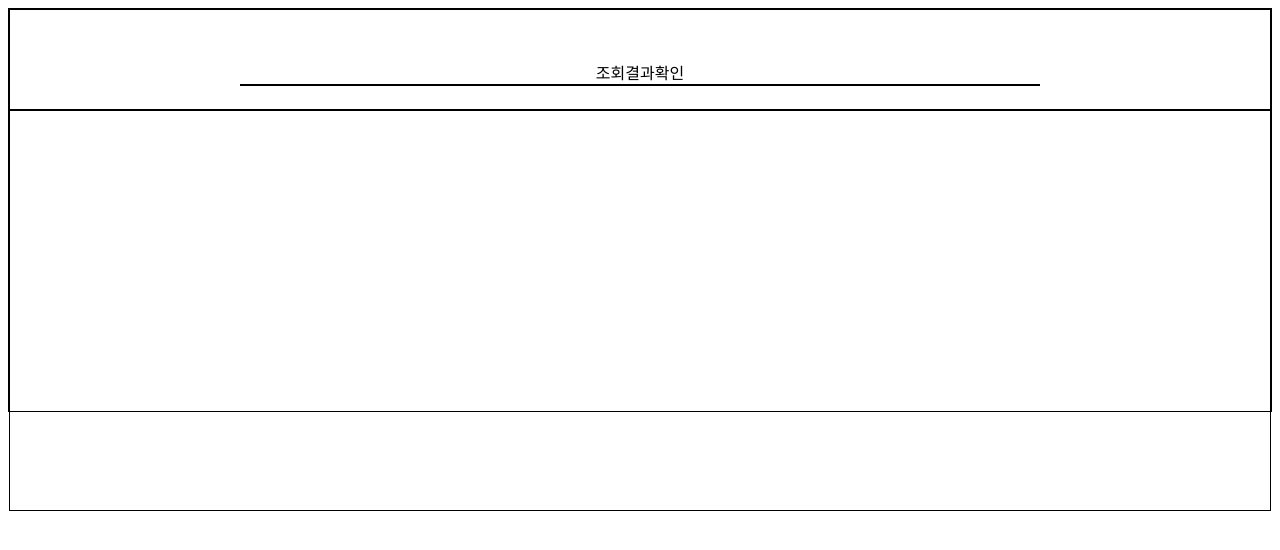
Repository: GotChun/DH_JSP
Page: http://localhost/01_JSP/C09/OracleDBCURD.jsp
An editor plug-in stored every save of this project. The page is shown before and after the next save, followed by the edit.
The browser window is 1280 px wide. The pictures show the whole page.
The page is served by Tomcat 9. Other server files are loaded and not shown. Queries for data that is not in the repository find no rows.

Above is the page before, as saved 2024-10-24 02:33:28.

### 01_JSP/src/main/webapp/C09/OracleDBCURD.jsp
<%@ page language="java" contentType="text/html; charset=UTF-8"
    pageEncoding="UTF-8"%>

   <%@ page import ="java.sql.*" %>
   <%@ page import ="java.util.*"%>
   <%@ page import ="C09.*"%>


<%!
	String url="jdbc:oracle:thin:@localhost:1521:xe";
	String id="system";
	String pw="1234";

	Connection conn=null;
	PreparedStatement pstmt = null;
	ResultSet rs = null;

	// CRUD 함수 미리 만들기
	void connection() throws Exception{   //throws 안할거면 에러 페이지 따로 빼야함
		//Driver적재
		Class.forName("oracle.jdbc.driver.OracleDriver");
	conn=DriverManager.getConnection(url,id,pw);
	System.out.println("connected.."+ conn);
		//connection 객체 생성 + 연결
	}
	void insert(String userid,String password,String username) throws Exception{  //throws 로 던져도 되긴하는데 try catch 를 하는게 더 안전한 방법.
		//db 삽입
		pstmt = conn.prepareStatement("insert into tbl_test values(?,?,?)");
		pstmt.setString(1, userid);
		pstmt.setString(2, password);
		pstmt.setString(3, username);

		int result = pstmt.executeUpdate();
		pstmt.close();


	}

	List<TestDto> select() throws Exception{
		pstmt=conn.prepareStatement("select * from tbl_test");
		rs = pstmt.executeQuery();
		List<TestDto> list = new ArrayList();
		TestDto dto=null;
		if(rs!=null){

			while(rs.next()){
				dto = new TestDto();
				dto.setUserid(rs.getString("userid"));
				dto.setPassword(rs.getString("password"));
				dto.setUsername(rs.getString("username"));
				list.add(dto);
			}
		}
		rs.close();
		pstmt.close();

		return list;
	}


%>

<%
//DB 연결
connection();
	//insert("user1","1234","길동좌");
	//insert("user2","1234","동동좌");
	//insert("user3","1234","서동좌");
	//insert("user4","1234","야동좌");

	//select
	List<TestDto> list = select();
	list.forEach(item->System.out.println(item));
%>

<!DOCTYPE html>
<html>
<head>
<meta charset="UTF-8">
<title>Insert title here</title>
<style>
header{height:100px;border:1px solid;}
main{min-height:500px;border:1px solid;}
footer{height:300px;border:1px solid;}

</style>
</head>
<body>

	<div class ="wrapper">
		<header>
		<main>

		<table style="width:800px;margin:50px auto;border:1px solid;">
			<caption>조회결과확인</caption>
		</table>

		</main>
		</header>



		<footer>

		</footer>
	</div>


</body>
</html>

### 01_JSP/src/main/java/C09/TestDto.java
package C09;

public class TestDto {

	private String userid;
	private String password;
	private String username;
	public String getUserid() {
		return userid;
	}
	public void setUserid(String userid) {
		this.userid = userid;
	}
	public String getPassword() {
		return password;
	}
	public void setPassword(String password) {
		this.password = password;
	}
	public String getUsername() {
		return username;
	}
	public void setUsername(String username) {
		this.username = username;
	}
	@Override
	public String toString() {
		return "TestDto [userid=" + userid + ", password=" + password + ", username=" + username + "]";
	}
	public TestDto(String userid, String password, String username) {
		super();
		this.userid = userid;
		this.password = password;
		this.username = username;
	}
	public TestDto() {
		super();
	}


}

After the next save:
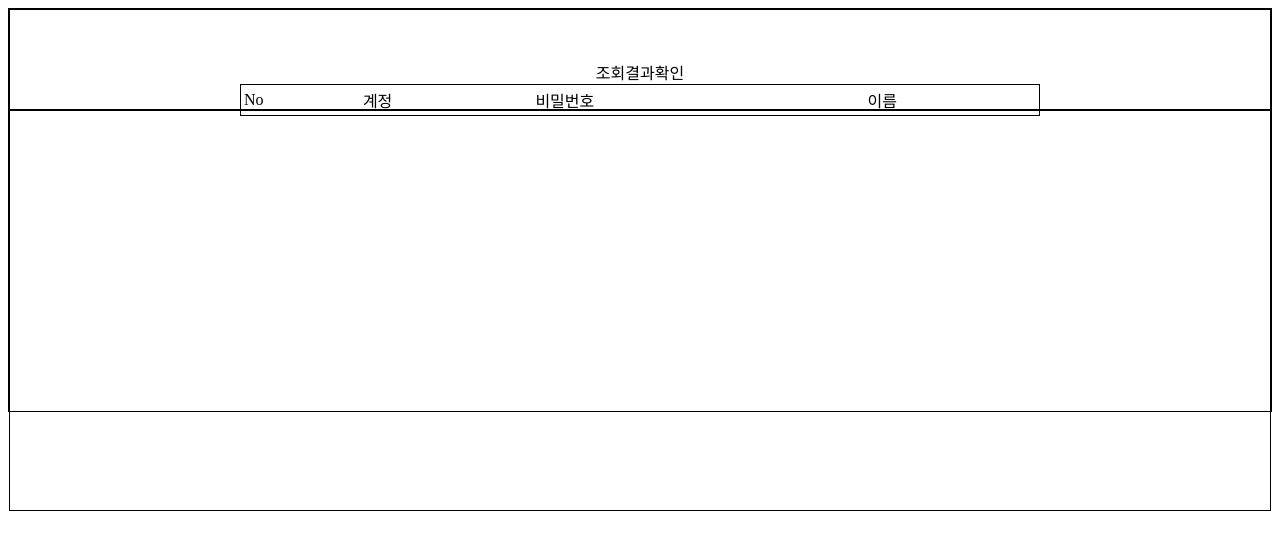
Saved 59 s later.
--- a/01_JSP/src/main/webapp/C09/OracleDBCURD.jsp
+++ b/01_JSP/src/main/webapp/C09/OracleDBCURD.jsp
@@ -93,6 +93,12 @@ footer{height:300px;border:1px solid;}
 
 		<table style="width:800px;margin:50px auto;border:1px solid;">
 			<caption>조회결과확인</caption>
+			<tr>
+			<td>No</td>
+			<td>계정</td>
+			<td>비밀번호</td>
+			<td>이름</td>
+			</tr>
 		</table>
 
 		</main>
